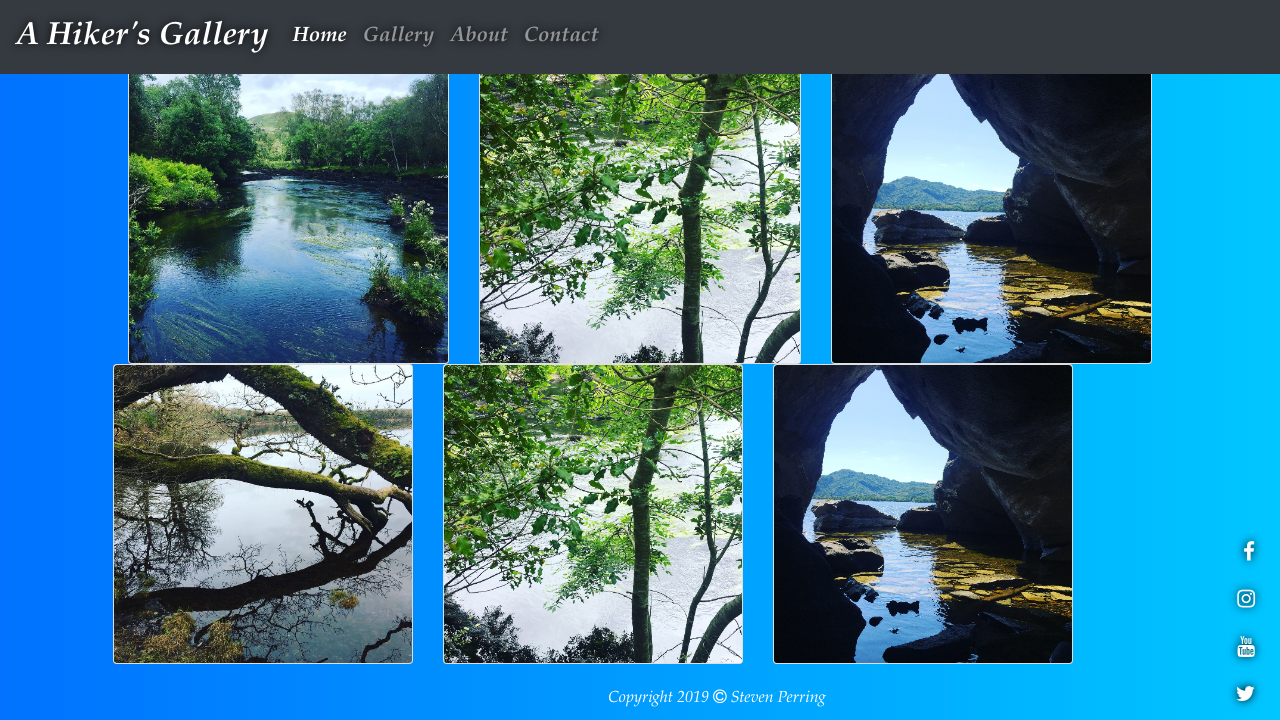
Repository: S-Perring/hiker
Page: gallery.html
The author's editor kept a record of every edit. The page is drawn from the files as they stood at one moment, then again after the next edit.
The browser window is 1280 px wide. The pictures show the whole page.
Some web fonts or font styles are not loaded; a fallback is used.

Above is the page before.

After the next edit:
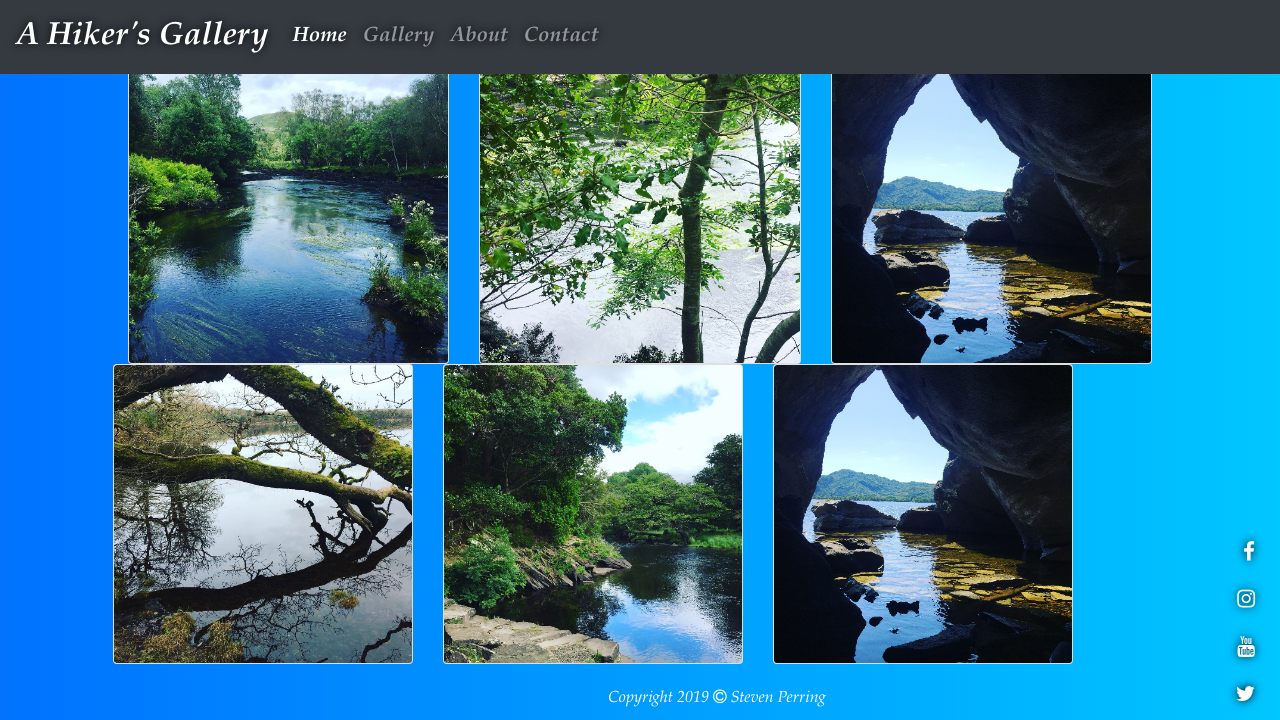
The edit:
--- a/gallery.html
+++ b/gallery.html
@@ -69,7 +69,7 @@
                         </div>
 
                     <div class="card">
-                        <img src="css/images/2.JPG" class="card-img-top"
+                        <img src="css/images/5.JPG" class="card-img-top"
                             alt="Cliffs by the sea at sunset with a bright moon">
                         </div>
 
